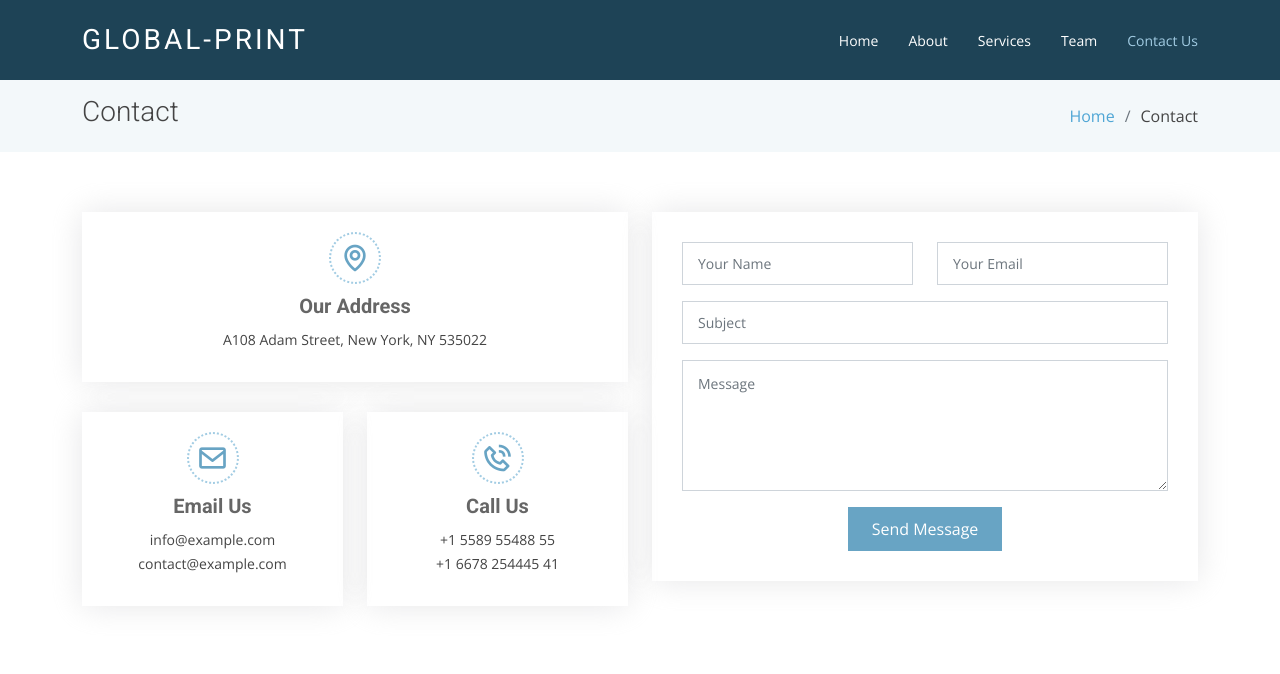
Repository: VachArt/Global-print
Page: contact.html
The author's editor kept a copy of each file at every save. The page is drawn from the files as they stood at one save, then again after the next save.
The browser window is 1280 px wide. The pictures show the part of the page from y = 0 to 674 px (the page is 1789 px tall).
Pictures or frames that could not be fetched are drawn as grey boxes.

Above is the page before, as saved 2022-06-09 12:59:03.

After the next save:
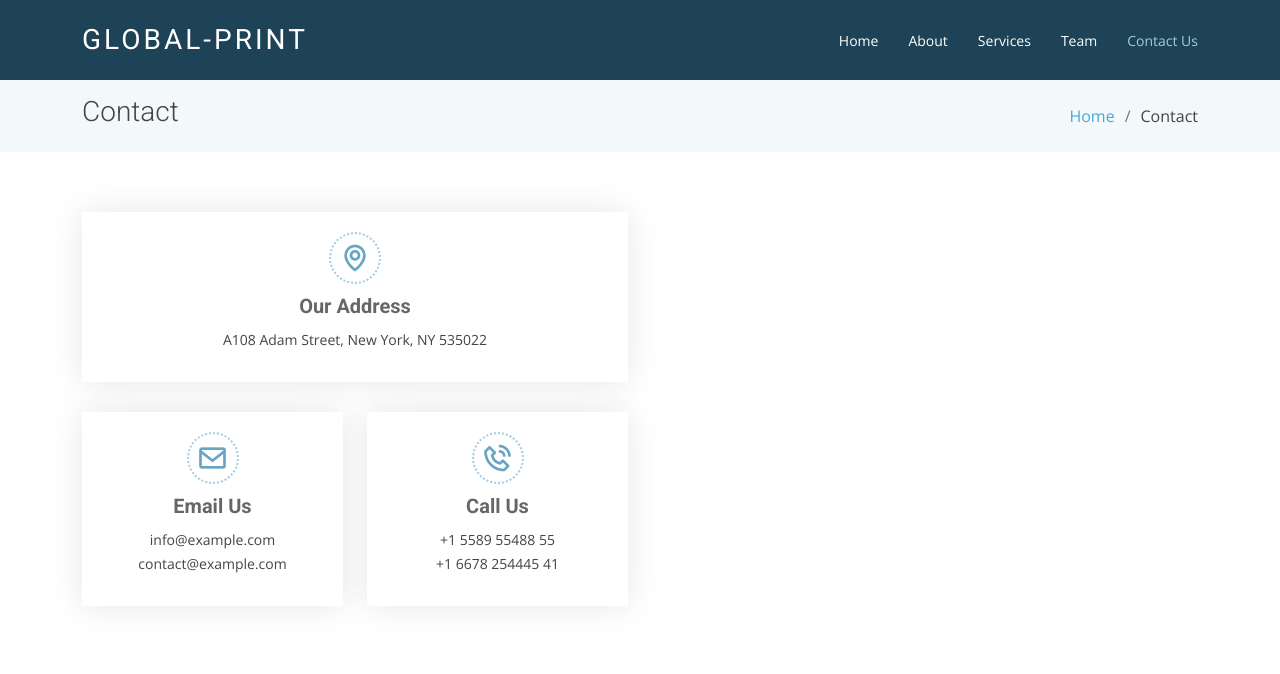
Saved 26 s later.
--- a/contact.html
+++ b/contact.html
@@ -110,30 +110,7 @@
 
           </div>
 
-          <div class="col-lg-6">
-            <form action="forms/contact.php" method="post" role="form" class="php-email-form">
-              <div class="row">
-                <div class="col-md-6 form-group">
-                  <input type="text" name="name" class="form-control" id="name" placeholder="Your Name" required>
-                </div>
-                <div class="col-md-6 form-group mt-3 mt-md-0">
-                  <input type="email" class="form-control" name="email" id="email" placeholder="Your Email" required>
-                </div>
-              </div>
-              <div class="form-group mt-3">
-                <input type="text" class="form-control" name="subject" id="subject" placeholder="Subject" required>
-              </div>
-              <div class="form-group mt-3">
-                <textarea class="form-control" name="message" rows="5" placeholder="Message" required></textarea>
-              </div>
-              <div class="my-3">
-                <div class="loading">Loading</div>
-                <div class="error-message"></div>
-                <div class="sent-message">Your message has been sent. Thank you!</div>
-              </div>
-              <div class="text-center"><button type="submit">Send Message</button></div>
-            </form>
-          </div>
+
 
         </div>
 
